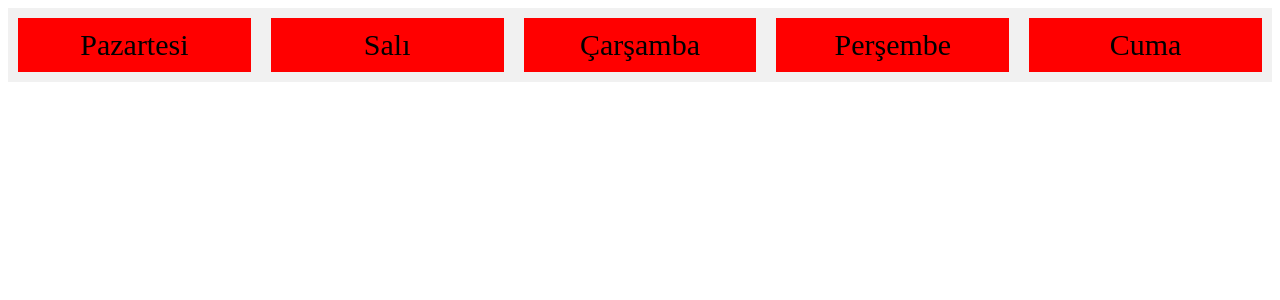
Repository: ahmetbugraozcan/css-ders-programi
Page: deneme2.html
These files come from the project's save history. The page is drawn as it stood at one moment and after the next save; the edit follows.
The browser window is 1280 px wide. The pictures show the whole page.

Above is the page before, as saved 2021-07-10 10:38:23.

### deneme2.html
<!DOCTYPE html>
<html>

<head>
    <style>
        .flex-container {
            display: flex;

            background-color: #f1f1f1;
        }

        .flex-container>div {
            width: 100px;
            background-color: red;
            flex-grow: 1;
            padding: 10px;
            margin: 10px;
            text-align: center;
            font-size: 30px;
        }
    </style>
</head>

<body>

    <div class="flex-container">
        <div>Pazartesi</div>
        <div>Salı</div>
        <div>Çarşamba</div>
        <div>Perşembe</div>
        <div>Cuma</div>
    </div>

</body>

</html>

After the next save:
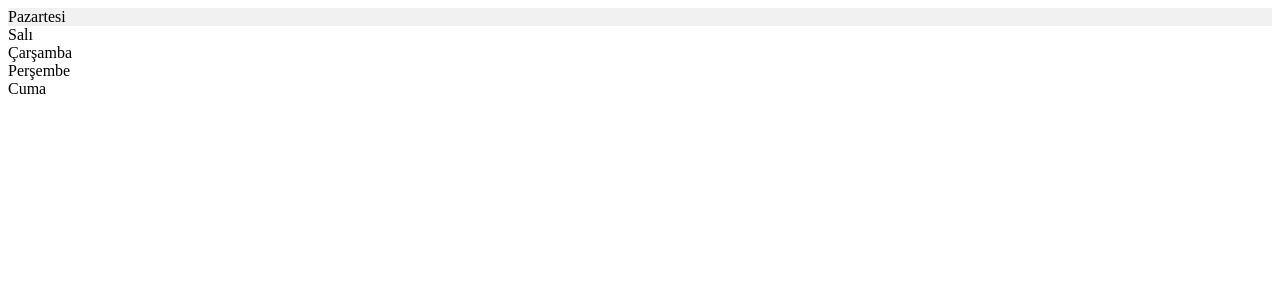
Saved 3 min 10 s later.
--- a/deneme2.html
+++ b/deneme2.html
@@ -24,7 +24,7 @@
 <body>
 
     <div class="flex-container">
-        <div>Pazartesi</div>
+        <div<span>Pazartesi</span></div>
         <div>Salı</div>
         <div>Çarşamba</div>
         <div>Perşembe</div>

After the save that followed:
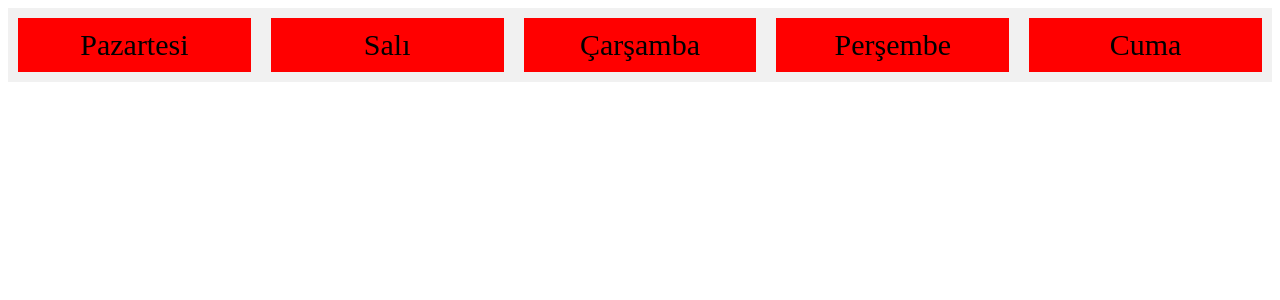
Saved 12 s later.
--- a/deneme2.html
+++ b/deneme2.html
@@ -24,7 +24,7 @@
 <body>
 
     <div class="flex-container">
-        <div<span>Pazartesi</span></div>
+        <div><span>Pazartesi</span></div>
         <div>Salı</div>
         <div>Çarşamba</div>
         <div>Perşembe</div>
